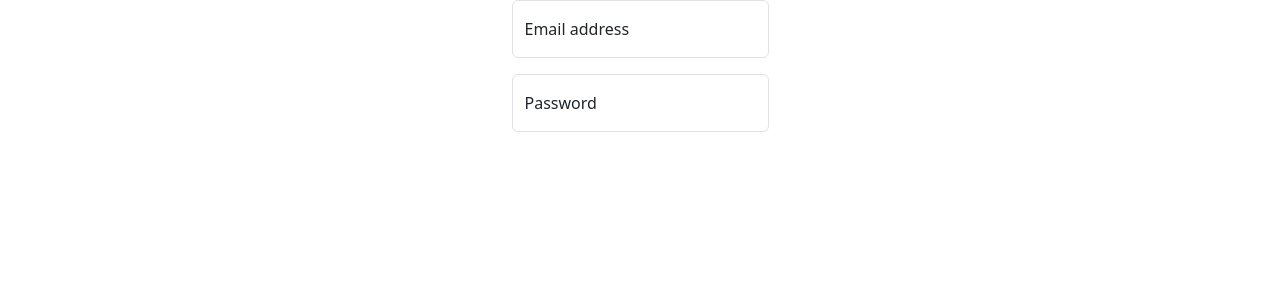
Repository: jaevoy2/lara_demo
Page: http://localhost/
An editor plug-in stored every save of this project. The page is shown before and after the next save, followed by the edit.
The browser window is 1280 px wide. The pictures show the whole page.
The page is served by the project's Laravel application, run on PHP 8.4 with Laravel 12. Other server files are loaded and not shown.

Above is the page before, as saved 2026-07-06 22:48:48.

### routes/web.php
<?php

use Illuminate\Support\Facades\Route;
use App\Http\Controllers\StudentController;


Route::get('/', function () {
    return view('login');
});

Route::get('/dashboard', function () {
    return view('dashboard');
});

### resources/views/login.blade.php
@extends('_layout._auth-head')

@section('content')

    <div class="container d-flex flex-column justify-content-center align-items-center col-6">
        <div class="form-floating mb-3">
            <input type="email" class="form-control" id="floatingInput" placeholder="name@example.com">
                <label for="floatingInput">Email address</label>
        </div>
        <div class="form-floating">
            <input type="password" class="form-control" id="floatingPassword" placeholder="Password">
            <label for="floatingPassword">Password</label>
        </div>
    </div>

@endsection

### resources/views/_layout/_auth-head.blade.php
<!DOCTYPE html>
<html lang="en">
<head>
    <meta charset="UTF-8">
    <meta name="viewport" content="width=device-width, initial-scale=1.0">
    <link href="https://cdn.jsdelivr.net/npm/bootstrap@5.3.8/dist/css/bootstrap.min.css" rel="stylesheet" integrity="sha384-sRIl4kxILFvY47J16cr9ZwB07vP4J8+LH7qKQnuqkuIAvNWLzeN8tE5YBujZqJLB" crossorigin="anonymous">
    <link rel="stylesheet" href="{{ asset('css/styles.css') }}">
    <title>Document</title>
</head>
<body>

    @yield('content')

    <script src="https://cdn.jsdelivr.net/npm/bootstrap@5.3.8/dist/js/bootstrap.bundle.min.js" integrity="sha384-FKyoEForCGlyvwx9Hj09JcYn3nv7wiPVlz7YYwJrWVcXK/BmnVDxM+D2scQbITxI" crossorigin="anonymous"></script>
</body>
</html>

After the next save:
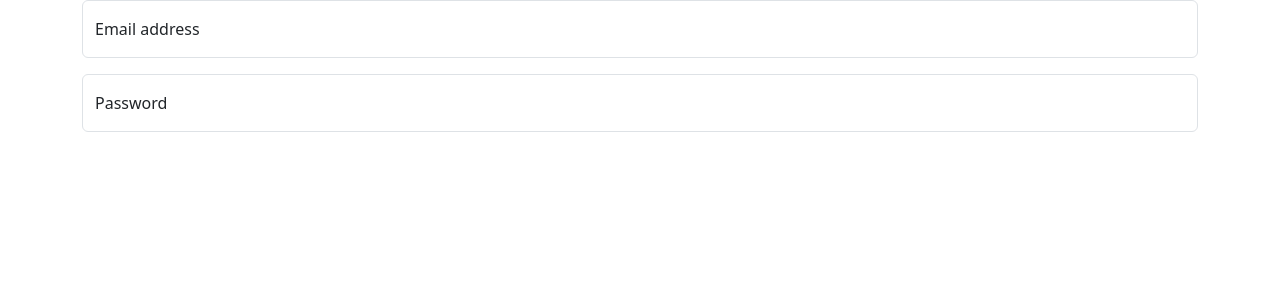
Saved 6 s later.
--- a/resources/views/login.blade.php
+++ b/resources/views/login.blade.php
@@ -2,7 +2,7 @@
 
 @section('content')
 
-    <div class="container d-flex flex-column justify-content-center align-items-center col-6">
+    <div class="container d-flex flex-column justify-content-center">
         <div class="form-floating mb-3">
             <input type="email" class="form-control" id="floatingInput" placeholder="name@example.com">
                 <label for="floatingInput">Email address</label>
